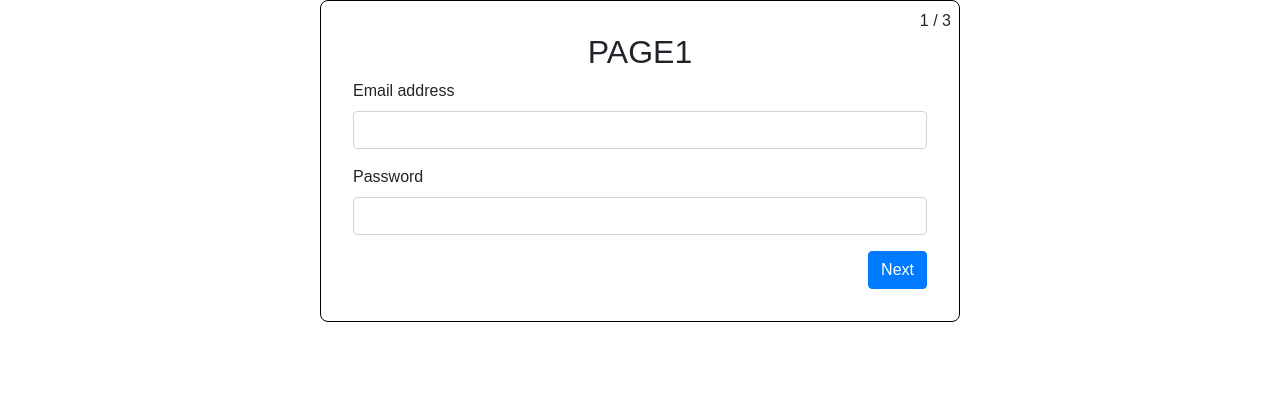
Repository: Aminox84/frontend-main
Page: /
An editor plug-in stored every save of this project. The page is shown before and after a run of saves, followed by the edit.
The browser window is 1280 px wide. The pictures show the whole page.
The project was rebuilt for these pictures with package versions that can differ from the ones it lists, and the page was loaded fresh each time. Also part of the build but not shown: src/AddressForm.tsx, src/AccountForm.tsx.

Above is the page before, as saved 2022-12-29 19:43:41.

### public/index.html
<!DOCTYPE html>
<html lang="en">
  <head>
    <meta charset="utf-8" />
    <link rel="icon" href="%PUBLIC_URL%/favicon.ico" />
    <meta name="viewport" content="width=device-width, initial-scale=1" />
    <meta name="theme-color" content="#000000" />
    <meta
      name="description"
      content="Web site created using create-react-app"
    />
    <link rel="apple-touch-icon" href="%PUBLIC_URL%/logo192.png" />

    <link rel="manifest" href="%PUBLIC_URL%/manifest.json" />
    <link rel="stylesheet" href="https://cdn.jsdelivr.net/npm/bootstrap@4.4.1/dist/css/bootstrap.min.css" integrity="sha384-Vkoo8x4CGsO3+Hhxv8T/Q5PaXtkKtu6ug5TOeNV6gBiFeWPGFN9MuhOf23Q9Ifjh" crossorigin="anonymous">

    <title>React App</title>
  </head>
  <body>
    <noscript>You need to enable JavaScript to run this app.</noscript>
    <div id="root"></div>
    <script src="https://code.jquery.com/jquery-3.4.1.slim.min.js" integrity="sha384-J6qa4849blE2+poT4WnyKhv5vZF5SrPo0iEjwBvKU7imGFAV0wwj1yYfoRSJoZ+n" crossorigin="anonymous"></script>
    <script src="https://cdn.jsdelivr.net/npm/popper.js@1.16.0/dist/umd/popper.min.js" integrity="sha384-Q6E9RHvbIyZFJoft+2mJbHaEWldlvI9IOYy5n3zV9zzTtmI3UksdQRVvoxMfooAo" crossorigin="anonymous"></script>
    <script src="https://cdn.jsdelivr.net/npm/bootstrap@4.4.1/dist/js/bootstrap.min.js" integrity="sha384-wfSDF2E50Y2D1uUdj0O3uMBJnjuUD4Ih7YwaYd1iqfktj0Uod8GCExl3Og8ifwB6" crossorigin="anonymous"></script>
  </body>
</html>

### src/App.tsx
import React from 'react';
import { useMultistepForm } from './useMultistepForm';
import { AddressForm } from './AddressForm';
import { AccountForm } from './AccountForm';
import { UserForm } from './userForm';


function App() {


const {steps,currentStepIndex,step,isFirstStep,isLastStep,back,next} = useMultistepForm([<UserForm />,<AddressForm />,<AccountForm />])

  return (
    <div style={{position:"relative",background:"white",border:"1px solid  black",padding:"2rem",margin:"auto",borderRadius:".5rem",fontFamily:"Arial",width:"50%",}}>
      <form>
       <div style={{position:"absolute",top:".5rem",right:".5rem"}}> {currentStepIndex + 1} / {steps.length}</div>
       {step}
       <div className='d-flex justify-content-end'>
       {!isFirstStep && <button className='btn btn-primary ml-2' type="button" onClick={back}>Back</button>}
       <button type="button" className='btn btn-primary ml-2' onClick={next}>{isLastStep ? "Finish" : "Next"}</button>
       </div>
      </form>
    </div>
  );
}

export default App;

### src/useMultistepForm.ts
import {ReactElement,useState} from 'react'



export function useMultistepForm(steps: ReactElement[]){

const [currentStepIndex, setCurrentStepIndex]=useState(0)

function next(){
setCurrentStepIndex(i=>{
    if ( i > steps.length-1) return i
    return i +1
})
}
function back(){
    setCurrentStepIndex(i=>{
        if ( i <= 0) return i
        return i -1
    })
}
function goTo(index:number){
    setCurrentStepIndex(index);
}





return {
    currentStepIndex,
    step: steps[currentStepIndex],
    steps,
    isFirstStep: currentStepIndex===0,
    isLastStep: currentStepIndex=== steps.length-1,
    goTo,
    next,
    back
}

}

### src/userForm.tsx
export function UserForm() {
  return (
    <>

      <h2 style={{textAlign:"center"}}>PAGE1</h2>

      <form>
        <div className="form-group">
          <label htmlFor="exampleInputEmail1">Email address</label>
          <input
            type="email"
            className="form-control"
            id="exampleInputEmail1"
            aria-describedby="emailHelp"
          />
        </div>
        <div className="form-group">
          <label htmlFor="exampleInputPassword1">Password</label>
          <input
            type="password"
            className="form-control"
            id="exampleInputPassword1"
          />
        </div>
      </form>
    </>
  )
}

Loaded but not shown: src/index.tsx (common file)

After the next 2 saves:
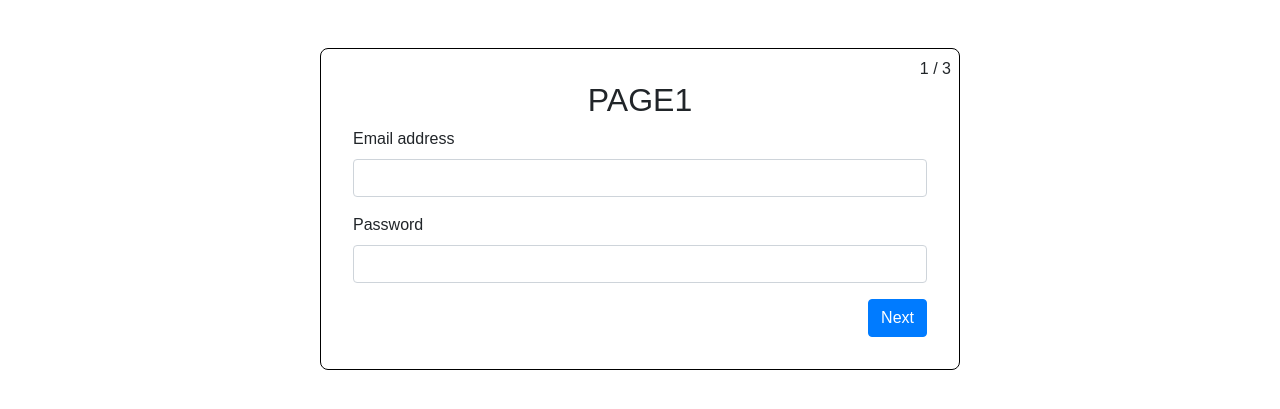
The 2 saves are shown as one change because they came seconds apart.
The last was saved 11 s later.
--- a/src/App.tsx
+++ b/src/App.tsx
@@ -11,7 +11,7 @@ function App() {
 const {steps,currentStepIndex,step,isFirstStep,isLastStep,back,next} = useMultistepForm([<UserForm />,<AddressForm />,<AccountForm />])
 
   return (
-    <div style={{position:"relative",background:"white",border:"1px solid  black",padding:"2rem",margin:"auto",borderRadius:".5rem",fontFamily:"Arial",width:"50%",}}>
+    <div style={{position:"relative",background:"white",border:"1px solid  black",padding:"2rem",margin:" 3rem auto",borderRadius:".5rem",fontFamily:"Arial",width:"50%",}}>
       <form>
        <div style={{position:"absolute",top:".5rem",right:".5rem"}}> {currentStepIndex + 1} / {steps.length}</div>
        {step}
